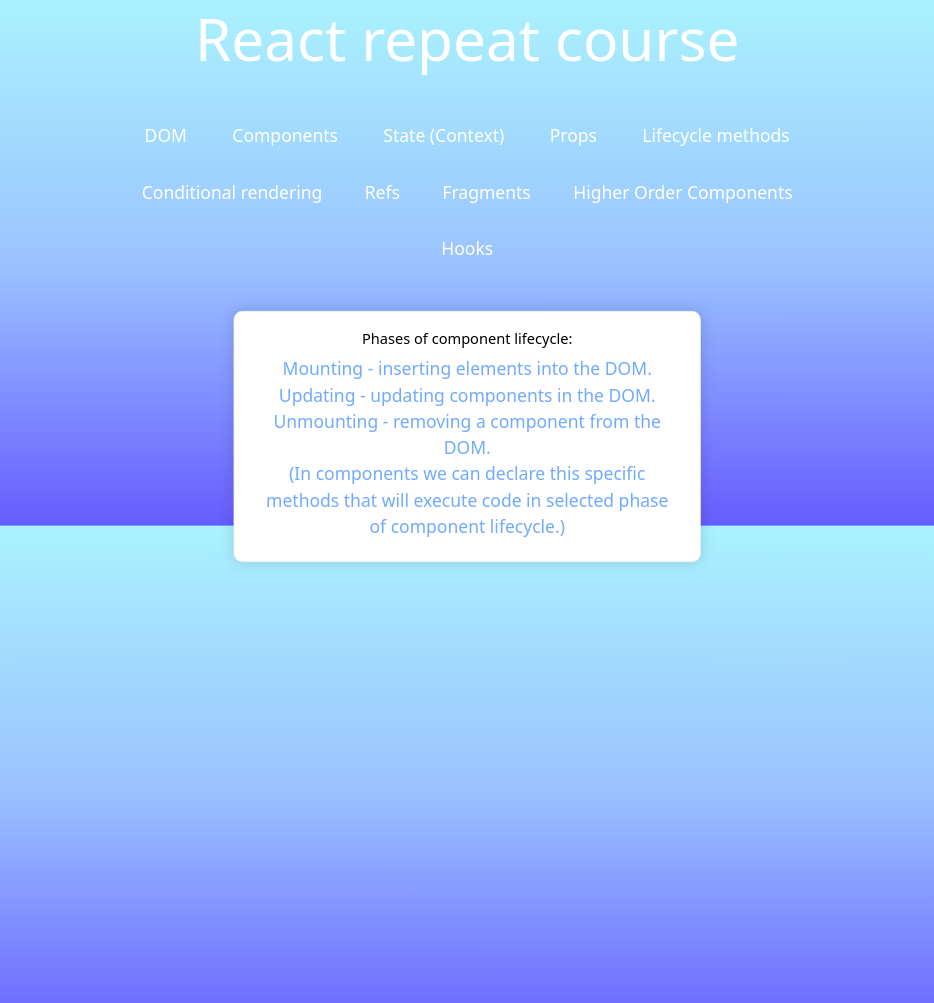
Repository: michalgornicki/github
Page: /#/Lifecycle
An editor plug-in stored every save of this project. The page is shown before and after the next save, followed by the edit.
The browser window is 1280 px wide. The pictures show the whole page, at 73% of full size.
Backgrounds fixed to the window are drawn as part of the page. The project was rebuilt for these pictures with package versions that can differ from the ones it lists, and the page was loaded fresh each time. Also part of the build but not shown: src/components/dom.jsx, src/components/components.jsx, src/components/state.jsx, src/components/props.jsx, src/components/conditional.jsx, src/components/refs.jsx, src/components/fragments.jsx, src/components/hoc.jsx and 1 more.

Above is the page before, as saved 2022-02-07 13:09:02.

After the next save:
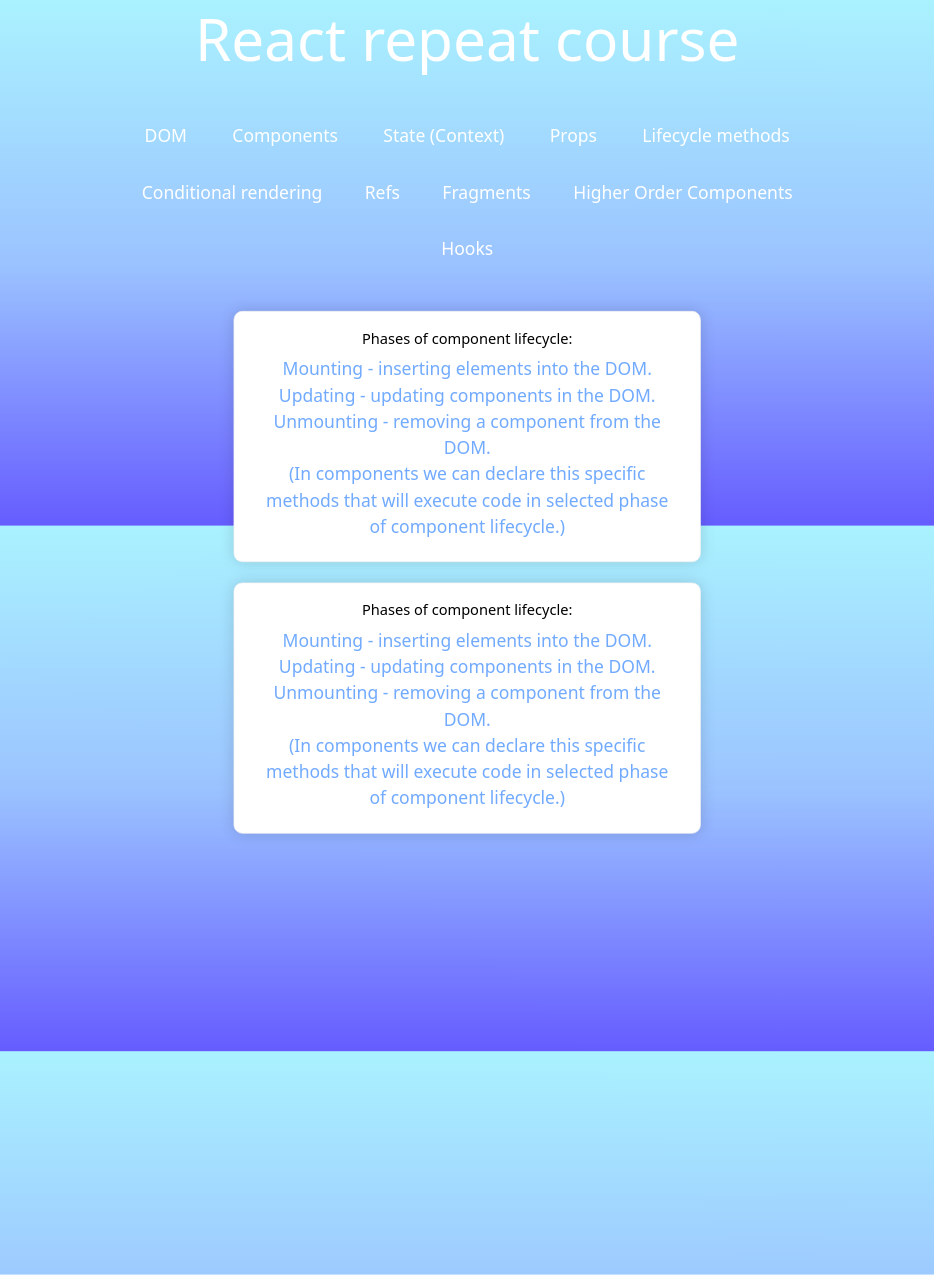
Saved 5 s later.
--- a/src/components/lifecycle.jsx
+++ b/src/components/lifecycle.jsx
@@ -1,6 +1,16 @@
 const Lifecycle = () => {
   return (
     <div className="">
+      <div className="js-item">
+        {" "}
+        <div className="">Phases of component lifecycle: </div>
+        <div className="text-color">
+          {`Mounting - inserting elements into the DOM.`} <br />
+          {`Updating - updating components in the DOM.`} <br />
+          {`Unmounting - removing a component from the DOM.`}{" "} <br />
+          (In components we can declare this specific methods that will execute code in selected phase of component lifecycle.)
+        </div>{" "}
+      </div>
       <div className="js-item">
         {" "}
         <div className="">Phases of component lifecycle: </div>
